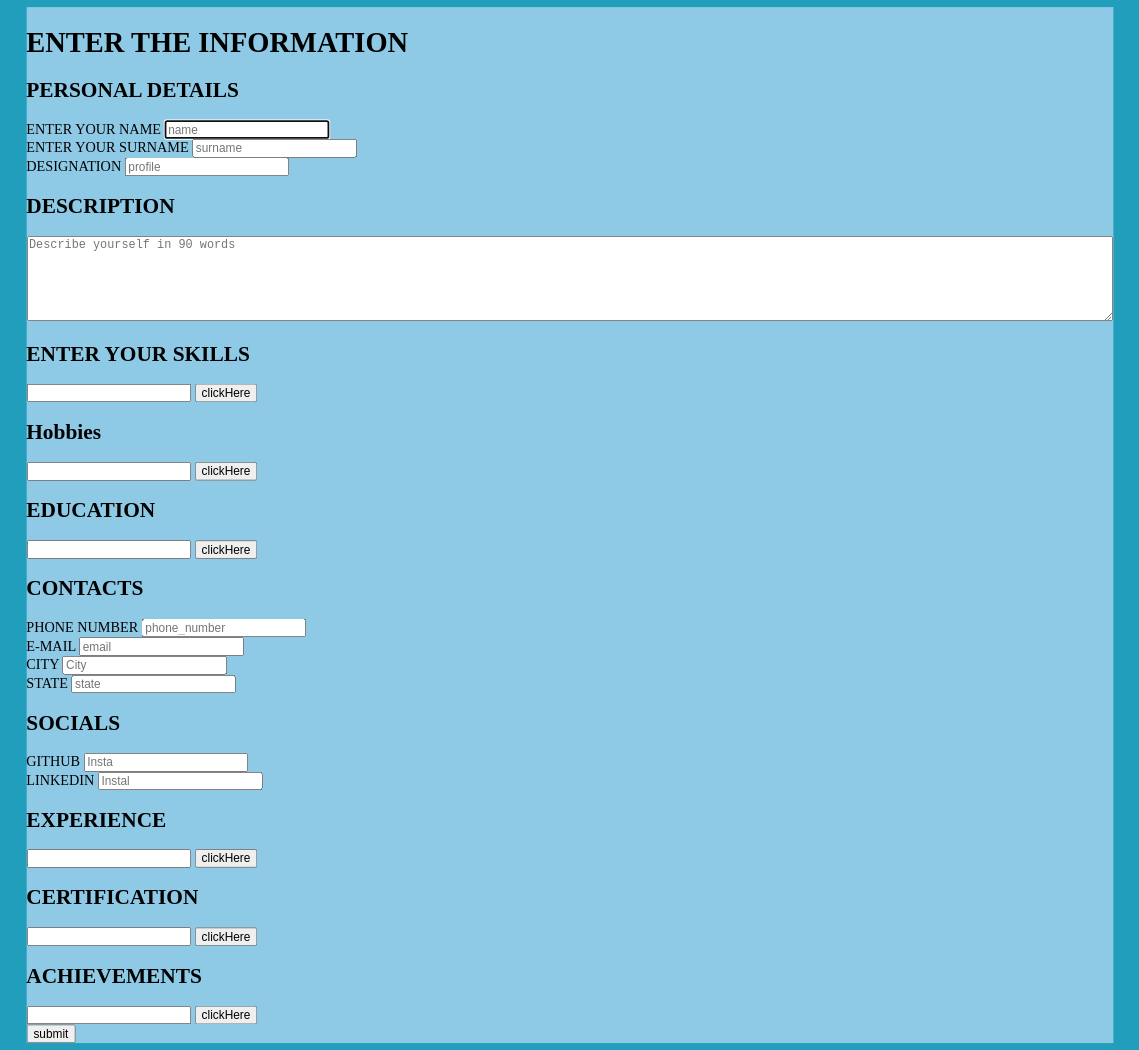
Repository: S-I-D-D-H/sync
Page: http://localhost/resume_builder/ind
These files come from the project's save history. The page is drawn as it stood at one moment and after the next save; the edit follows.
The browser window is 1280 px wide. The pictures show the whole page, at 89% of full size.
The page is served by Tomcat 9.

Above is the page before, as saved 2023-09-03 08:22:32.

### ressumebuilder/resume_builder/src/main/webapp/WEB-INF/siddh-servlet.xml
<?xml version="1.0" encoding="UTF-8"?>
<beans xmlns="http://www.springframework.org/schema/beans"
	xmlns:ctx="http://www.springframework.org/schema/context"
	xmlns:xsi="http://www.w3.org/2001/XMLSchema-instance"
	xmlns:mvc="http://www.springframework.org/schema/mvc"
	xsi:schemaLocation="http://www.springframework.org/schema/beans
	http://www.springframework.org/schema/beans/spring-beans-2.5.xsd
	http://www.springframework.org/schema/mvc
	http://www.springframework.org/schema/mvc/spring-mvc-3.0.xsd
	http://www.springframework.org/schema/context
	http://www.springframework.org/schema/context/spring-context-2.5.xsd ">

	<bean class="org.springframework.web.servlet.view.InternalResourceViewResolver" name="ViewResolver">
	<property name="prefix" value="/WEB-INF/VIEWS/"></property>
		<property name="suffix" value=".jsp"></property>
	</bean>
	<ctx:annotation-config></ctx:annotation-config>
	<ctx:component-scan base-package="com.resume"></ctx:component-scan>
	<mvc:annotation-driven/>
	<mvc:resources location="/WEB-INF/resources/" mapping="/resources/**"/>
	<ctx:annotation-config></ctx:annotation-config>
</beans>

### ressumebuilder/resume_builder/src/main/webapp/WEB-INF/VIEWS/form.jsp
<%@ page language="java" contentType="text/html; charset=UTF-8"
    pageEncoding="UTF-8"%>
<!DOCTYPE html>
<html>
<head>
<meta charset="UTF-8">
<title>Insert title here</title>
<style>
body
{

  background-color: #219ebc;
}
#container
{

  color: black;
  display: flex;
  justify-content:center;
}
#header
{
  background-color: #8ecae6;
}

</style>
        <script language="javascript" type="text/javascript" >
       var mytext=0;
       var myhob=10;
       var myexp=0;
       var myexp1=0;
       var myexp2=0;
       var myedu=0;
       var mycer=0;
       var mtcer=0;
        function changeIt()
        {

        createTextbox.innerHTML = createTextbox.innerHTML +`<input type='text' name='${mytext}'>`
        mytext++;

        }
        function changeit()
        {
        createhob.innerHTML = createhob.innerHTML +`<input type='text' name='${myhob}'>`
        myhob++;
        }
        function changeitt()
        {
            createedu.innerHTML = createedu.innerHTML +`<input type='text' name='a${myexp}' placeholder='Year'>`
            createedu.innerHTML = createedu.innerHTML +`<input type='text' name='b${myexp1}' placeholder='Name of Institute'>`
            createedu.innerHTML = createedu.innerHTML +`<input type='text' name='c${myexp2}' placeholder='Degree'> <br>`
            myexp++;
            myexp1++;
            myexp2++;
        }
        function changeittt()
        {
            createexp.innerHTML = createexp.innerHTML +`<input type='text' name='d${myedu}' placeholder='Year'>`
            createexp.innerHTML = createexp.innerHTML +`<input type='text' name='e${myedu}' placeholder='Name of Institute'><br>`
            createexp.innerHTML = createexp.innerHTML +`<textarea type='text' name='f${myedu}' placeholder='description' row='1' cols='100'></textarea> <br>`
            myedu++;
        }
        function changeitttt()
        {
            createcer.innerHTML = createcer.innerHTML +`<input type='text' name='g${mycer}' placeholder='Year'>`
            createcer.innerHTML = createcer.innerHTML +`<input type='text' name='p${mycer}' placeholder='Name of Institute'>`
            mycer++;
        }
        function changeok()
        {
            cer.innerHTML = cer.innerHTML +`<input type='text' name='l${mtcer}' placeholder='Year'>`
            cer.innerHTML = cer.innerHTML +`<input type='text' name='m${mtcer}' placeholder='Name of Institute'>`
            cer.innerHTML = cer.innerHTML +`<input type='text' name='n${mtcer}' placeholder='description'>`
            mtcer++;
        }
        </script>

</head>
<body>
   <form action="go" method="post" id="container">

       <div id="header">

       <div if="box0">
          <h1>ENTER THE INFORMATION</h1>
       </div>

        <div id="box1">

        <h2>PERSONAL DETAILS</h2>

        <div class="container">
            <div>
                <label for="name">ENTER YOUR NAME</label>
            <input type="text" name="name", id="name", placeholder="name" required autofocus>
            </div>

          <div>
            <label for="surname">ENTER YOUR SURNAME</label>
            <input type="text" name="surname", id="surname", placeholder="surname" required autofocus>
          </div>

            <div>
                <label for="designation">DESIGNATION</label>
            <input type="text" name="designation", id="designation", placeholder="profile" required autofocus>
            </div>
        </div>

       </div>

       <div id="box2">
       <h2>DESCRIPTION</h2>

       <label for="description"></label>
       <!-- <input type="text" name="designation", id="designation", placeholder="profile" required autofocus> -->
       <textarea maxlength="90" minlength="20" required placeholder="Describe yourself in 90 words" id="description" name="description" rows="6" cols="150" ></textarea>
       </div>

       <div id="box3">
       <h2>ENTER YOUR SKILLS</h2>
       <!-- <input type="text"> -->

        <input type="text" name="in1">

        <input type="button" value="clickHere" onClick="changeIt()">
        <div id="createTextbox"></div>

       </div>

        <div id="box4">
        <h2>Hobbies</h2>
        <input type="text" name="in2">
        <input type="button" value="clickHere" onClick="changeit()">
        <div id="createhob"></div>

        </div>

       <div id="box5">
        <h2>EDUCATION</h2>
        <input type="text" name="in3">
        <input type="button" value="clickHere" onClick="changeitt()">
        <div id="createedu"></div>
        </div>

       <div id="box6">
       <h2>CONTACTS</h2>

      <div class="container">
        <div>
            <label for="phone">PHONE NUMBER</label>
        <input type="number" name="phone", id="phone", placeholder="phone_number" required autofocus>
        </div>
        <div>
            <label for="mail">E-MAIL</label>
        <input type="email" name="mail", id="mail", placeholder="email" required autofocus>
        </div>

        <div>
            <label for="City">CITY</label>
        <input type="text" name="City", id="City", placeholder="City" required autofocus>

        </div>

        <div>
            <label for="state">STATE</label>
        <input type="text" name="state", id="state", placeholder="state" required autofocus>
        </div>

      </div>

       </div>

       <div id="box7">
        <h2>SOCIALS</h2>
        <div class="contain">
          <div>
            <label for="Insta">GITHUB</label>
            <input type="url" name="Insta", id="Insta", placeholder="Insta" required autofocus>
            </div>
            <div>
            <label for="Insta1">LINKEDIN</label>
            <input type="url" name="Insta1", id="Instal", placeholder="Instal" required autofocus>
            </div>
          </div>
       </div>

       <div id="box8">
        <h2>EXPERIENCE</h2>
         <input type="text" name="in4">
        <input type="button" value="clickHere" onClick="changeittt()">
        <div id="createexp"></div>
       </div>

      <div id="box9">

        <h2>CERTIFICATION</h2>
          <input type="text" name="in5">
        <input type="button" value="clickHere" onClick="changeitttt()">
        <div id="createcer"></div>
      </div>

      <div id="box10">

        <h2>ACHIEVEMENTS</h2>
          <input type="text" name="in6">
        <input type="button" value="clickHere" onClick="changeok()">
        <div id="cer"></div>
      </div>

      <div id="footer">
        <button type="submit">submit</button>
       </div>
</div>

      </form>
</body>
</html>

### ressumebuilder/resume_builder/src/main/java/com/resume/homecontroller.java
package com.resume;

import java.util.ArrayList;

import javax.servlet.http.HttpServletRequest;
import javax.servlet.http.HttpServletResponse;
import javax.servlet.http.HttpSession;

import org.springframework.stereotype.Controller;
import org.springframework.web.bind.annotation.RequestMapping;
import org.springframework.web.servlet.ModelAndView;

@Controller
public class homecontroller
{


  @RequestMapping("")
  public ModelAndView view(HttpServletRequest request, HttpServletResponse response)
  {
	  ModelAndView mv = new ModelAndView();
	  mv.setViewName("home");
	  return mv;
  }

  @RequestMapping("/ind")
  public ModelAndView viewindex(HttpServletRequest request, HttpServletResponse response)
  {
	  ModelAndView mv = new ModelAndView();
	  mv.setViewName("form");
	  return mv;
  }

  @RequestMapping("/go")
  public ModelAndView homeindex(HttpServletRequest request, HttpServletResponse response)
  {
	 HttpSession session = request.getSession();
	  ArrayList<String> s1 = new ArrayList<String>();
	  ArrayList<String> s2 = new ArrayList<String>();
	  ArrayList<String> s3 = new ArrayList<String>();
	  ArrayList<String> s4 = new ArrayList<String>();
	  ArrayList<String> s5 = new ArrayList<String>();
	  ArrayList<String> s6 = new ArrayList<String>();
	  int a = Integer.parseInt(request.getParameter("in1"));
	  session.setAttribute("a", a);
	  int f = Integer.parseInt(request.getParameter("in2"));
	  session.setAttribute("f", f);
	  int c = Integer.parseInt(request.getParameter("in3"));
	  session.setAttribute("c", c);
	  int d = Integer.parseInt(request.getParameter("in4"));
	  session.setAttribute("d", d);
	  int e = Integer.parseInt(request.getParameter("in5"));
	  session.setAttribute("e", e);
	  int h = Integer.parseInt(request.getParameter("in6"));
	  session.setAttribute("h", h);
	  int b=0;
	  for(int i = 0; i<a; i++)
	  {
		  s1.add(request.getParameter(""+b).toString());
		  b++;
	  }
	  int m1 = 10;
	  for(int i = 0; i<f; i++)
	  {
		  s2.add(request.getParameter(""+m1).toString());
		  m1++;
	  }
	  int m2 =0;
	  for(int i = 0; i<c; i++)
	  {
		  s3.add(request.getParameter("a"+m2).toString());
		  s3.add(request.getParameter("b"+m2).toString());
		  s3.add(request.getParameter("c"+m2).toString());
		  m2++;
	  }
      int m3=0;
	  for(int i = 0; i<d; i++)
	  {
		  s4.add(request.getParameter("d"+m3).toString());
		  s4.add(request.getParameter("e"+m3).toString());
		  s4.add(request.getParameter("f"+m3).toString());
		  m3++;
	  }
	  int m4=0;
	  for(int i = 0; i<e; i++)
	  {
		  s5.add(request.getParameter("g"+m4).toString());
		  s5.add(request.getParameter("p"+m4).toString());
		  m4++;
	  }
	  int m5=0;
	  for(int i = 0; i<h; i++)
	  {
		  s6.add(request.getParameter("l"+m5).toString());
		  s6.add(request.getParameter("m"+m5).toString());
		  s6.add(request.getParameter("n"+m5).toString());
		  m5++;
	  }
	  session.setAttribute("s1", s1);
	  session.setAttribute("s2", s2);
	  session.setAttribute("s3", s3);
	  session.setAttribute("s4", s4);
	  session.setAttribute("s5", s5);
	  session.setAttribute("s6", s6);


	  System.out.println(s1);
	  System.out.println(s2);
	  System.out.println(s3);
	  System.out.println(s4);
	  System.out.println(s5);

	  String name = request.getParameter("name").toString();
	  session.setAttribute("name", name);
	  String surname = request.getParameter("surname").toString();
	  session.setAttribute("surname", surname);
	  String des = request.getParameter("designation").toString();
	  session.setAttribute("desig", des);

	  String description = request.getParameter("description").toString();
	  session.setAttribute("dec", description);
	  String mail = request.getParameter("mail").toString();
	  session.setAttribute("mail", mail);
	  String city = request.getParameter("City").toString();
	  session.setAttribute("city", city);
	  String state = request.getParameter("state").toString();
	  session.setAttribute("state", state);

	  String Insta = request.getParameter("Insta").toString();
	  session.setAttribute("ur1", Insta);
	  String hub = request.getParameter("Insta1").toString();
	  session.setAttribute("ur2", hub);

	  long numb=Long.parseLong(request.getParameter("phone"));
	  session.setAttribute("num", numb);
	  System.out.println(city);
	  ModelAndView mv = new ModelAndView();
	  mv.setViewName("home2");
	  return mv;
  }

  @RequestMapping("/t1")
  public ModelAndView viewt1(HttpServletRequest request, HttpServletResponse response)
  {
	  ModelAndView mv = new ModelAndView();
	  mv.setViewName("t1");
	  return mv;
  }

  @RequestMapping("/t2")
  public ModelAndView viewt2(HttpServletRequest request, HttpServletResponse response)
  {
	  ModelAndView mv = new ModelAndView();
	  mv.setViewName("t2");
	  return mv;
  }

  @RequestMapping("/t3")
  public ModelAndView viewt3(HttpServletRequest request, HttpServletResponse response)
  {
	  ModelAndView mv = new ModelAndView();
	  mv.setViewName("t3");
	  return mv;
  }

}

After the next save:
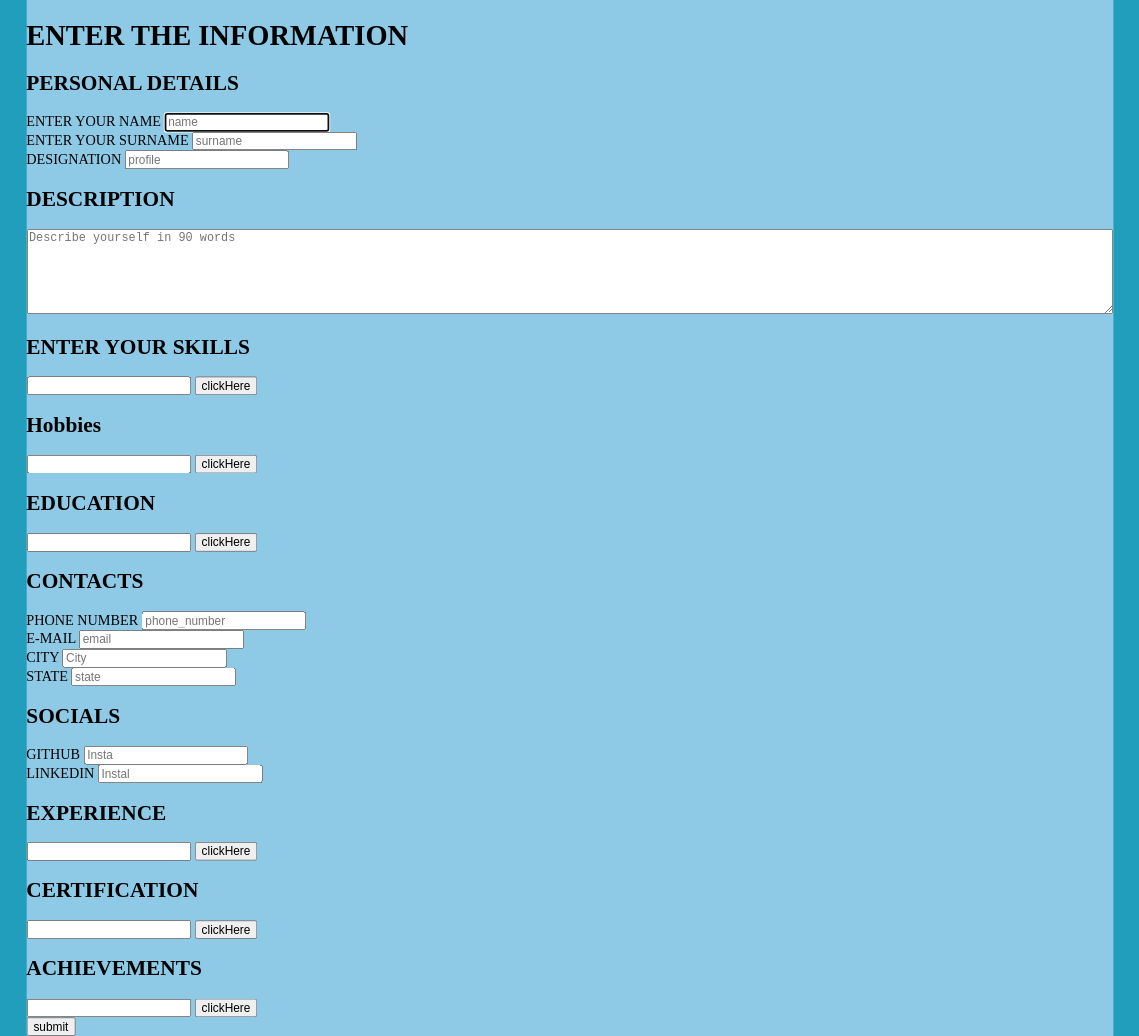
Saved 18 s later.
--- a/ressumebuilder/resume_builder/src/main/webapp/WEB-INF/VIEWS/form.jsp
+++ b/ressumebuilder/resume_builder/src/main/webapp/WEB-INF/VIEWS/form.jsp
@@ -8,7 +8,8 @@
 <style>
 body
 {
-
+  margin:0px;
+  padding:0px;
   background-color: #219ebc;
 }
 #container
